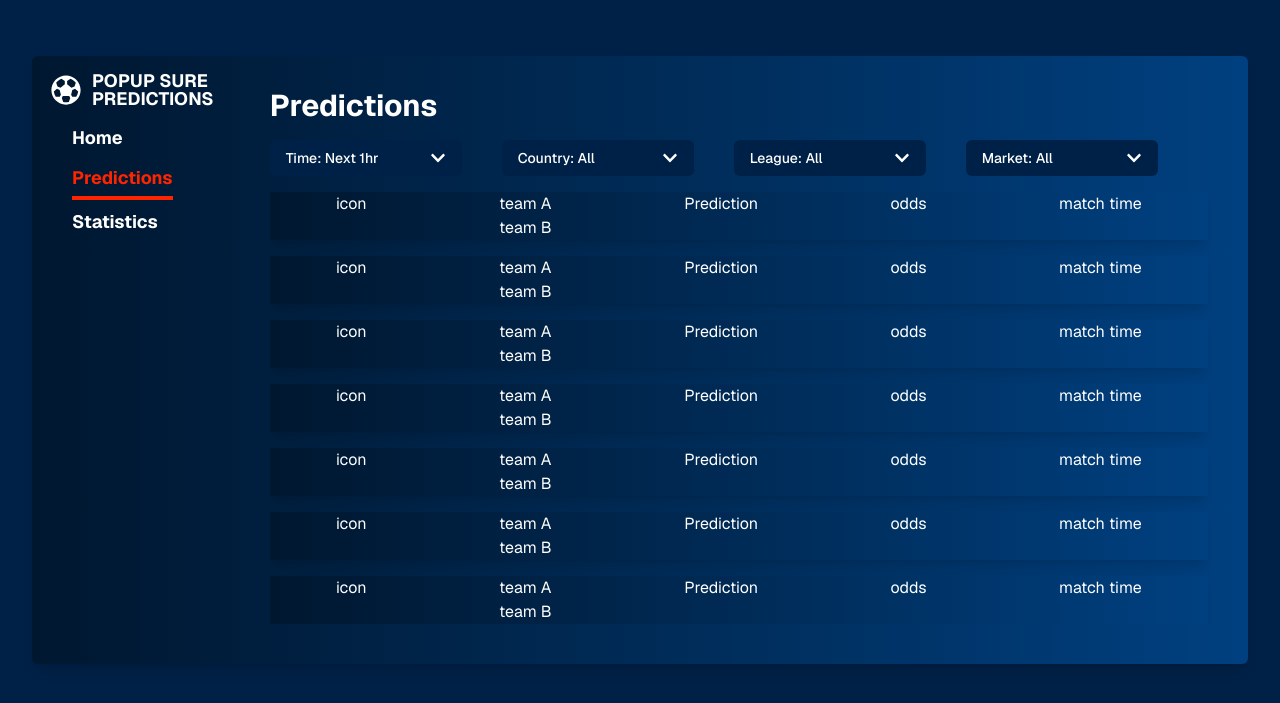
Repository: prototypedave/AlgoFooty
Page: /predictions (app in frontend/algo-footy/)
An editor plug-in stored every save of this project. The page is shown before and after the next save, followed by the edit.
The browser window is 1280 px wide. The pictures show the whole page.
The project was rebuilt for these pictures with package versions that can differ from the ones it lists, and the page was loaded fresh each time. The framework's server and built-in components were replaced by stand-ins that run in the browser. Also part of the build but not shown: frontend/algo-footy/next.config.ts.

Above is the page before, as saved 2025-11-03 08:53:55.

### frontend/algo-footy/app/predictions/page.tsx
"use client";
import { useState } from "react";
import Link from "next/link";
import { IoMdFootball } from "react-icons/io";
import { usePathname } from "next/navigation";
import Dropdown from "@/components/dropdown";
import {data as rawData } from "@/data/mock";

export default function Predictions() {
    const [timeFilter, setTimeFilter] = useState("Next 1hr");
    const [countryFilter, setCountryFilter] = useState("All");
    const [leagueFilter, setLeagueFilter] = useState("All");
    const [marketFilter, setMarketFilter] = useState("All");
    const pathname = usePathname();
    const data = Object.values(rawData);

    const filteredData = data.filter((match) => {
        const now = new Date();
        const matchTime = new Date(match.datetime);

        if (timeFilter !== "All") {
        const hours = parseInt(timeFilter.match(/\d+/)?.[0] || 0);
        const cutoff = new Date(now.getTime() + hours * 60 * 60 * 1000);
        if (matchTime > cutoff) return false;
        }
        if (countryFilter !== "All" && match.country !== countryFilter) return false;
        if (leagueFilter !== "All" && match.league !== leagueFilter) return false;
        if (marketFilter !== "All" && match.market !== marketFilter) return false;

        return true;
    });

    const countries = ["All", ...new Set(data.map((d) => d.country))];
    const leagues = ["All", ...new Set(data.map((d) => d.league))];
    const markets = ["All", ...new Set(data.map((d) => d.market))];

    return (
        <div className="relative flex flex-col min-h-screen items-center justify-center bg-oxford-blue font-sans">
            <nav className="absolute inset-x-0 top-0 bottom-0 bg-gradient-to-r from-[#001730] to-[#004080] text-white max-h-full rounded-md mx-8 my-14 shadow-lg flex gap-10 p-4">
                <div className="flex flex-col">
                    <div className="flex gap-2">
                        <IoMdFootball className="text-4xl"/>
                        <p className="text-lg font-bold leading-none">
                            <span className="block">POPUP SURE </span>
                            <span className="block">PREDICTIONS</span>
                        </p>
                    </div>
                    <div className="flex flex-col items-start gap-2 pt-4 pl-6 font-bold text-lg text-white">
                        <Link
                            href="/home"
                            className={`pb-1 ${
                            pathname === "/home"
                                ? "border-b-4 border-black font-bold"
                                : "border-b-0"
                            }`}
                        >
                            Home
                        </Link>
                        <Link href="/predictions"
                            className={`inline-block pb-1 ${
                                pathname === "/predictions"? "border-b-4 border-orange-red font-bold text-orange-red" : "border-b-0 border-orange-red"
                            }`}>Predictions</Link>
                        <Link href={"/statistics"}>Statistics</Link>
                    </div>
                </div>
                <div className="flex flex-col p-4 gap-4 w-full">
                    <h1 className="text-3xl font-bold">Predictions</h1>
                    <div className="flex gap-10 w-full">
                        <Dropdown
                            label="Time"
                            options={["Next 1hr", "Next 3hrs", "Next 6hrs", "Next 12hrs", "All"]}
                            onSelect={setTimeFilter}
                        />
                        <Dropdown label="Country" options={countries} onSelect={setCountryFilter} />
                        <Dropdown label="League" options={leagues} onSelect={setLeagueFilter} />
                        <Dropdown label="Market" options={markets} onSelect={setMarketFilter} />
                    </div>
                    <div className="flex w-full overflow-y-auto">
                        <ol className="flex flex-col w-full gap-4 pr-2">
                            <li className="flex bg-gradient-to-r from-[#001730] to-[#004080] w-full shadow-lg justify-around">
                                <p>icon</p>
                                <div>
                                    <p>team A</p>
                                    <p>team B</p>
                                </div>
                                <p>Prediction</p>
                                <div>odds</div>
                                <div>match time</div>
                            </li>
                            <li className="flex bg-gradient-to-r from-[#001730] to-[#004080] w-full shadow-lg justify-around">
                                <p>icon</p>
                                <div>
                                    <p>team A</p>
                                    <p>team B</p>
                                </div>
                                <p>Prediction</p>
                                <div>odds</div>
                                <div>match time</div>
                            </li>
                            <li className="flex bg-gradient-to-r from-[#001730] to-[#004080] shadow-lg justify-around">
                                <p>icon</p>
                                <div>
                                    <p>team A</p>
                                    <p>team B</p>
                                </div>
                                <p>Prediction</p>
                                <div>odds</div>
                                <div>match time</div>
                            </li>
                            <li className="flex bg-gradient-to-r from-[#001730] to-[#004080] shadow-lg justify-around">
                                <p>icon</p>
                                <div>
                                    <p>team A</p>
                                    <p>team B</p>
                                </div>
                                <p>Prediction</p>
                                <div>odds</div>
                                <div>match time</div>
                            </li>
                            <li className="flex bg-gradient-to-r from-[#001730] to-[#004080] shadow-lg justify-around">
                                <p>icon</p>
                                <div>
                                    <p>team A</p>
                                    <p>team B</p>
                                </div>
                                <p>Prediction</p>
                                <div>odds</div>
                                <div>match time</div>
                            </li>
                            <li className="flex bg-gradient-to-r from-[#001730] to-[#004080] shadow-lg justify-around">
                                <p>icon</p>
                                <div>
                                    <p>team A</p>
                                    <p>team B</p>
                                </div>
                                <p>Prediction</p>
                                <div>odds</div>
                                <div>match time</div>
                            </li>
                            <li className="flex bg-gradient-to-r from-[#001730] to-[#004080] shadow-lg justify-around">
                                <p>icon</p>
                                <div>
                                    <p>team A</p>
                                    <p>team B</p>
                                </div>
                                <p>Prediction</p>
                                <div>odds</div>
                                <div>match time</div>
                            </li>
                        </ol>
                    </div>
                </div>
            </nav>
        </div>
    );
}

### frontend/algo-footy/app/globals.css
@import "tailwindcss";

:root {
  --background: #ffffff;
  --foreground: #171717;
}

@theme inline {
  --color-background: var(--background);
  --color-foreground: var(--foreground);
  --font-sans: var(--font-geist-sans);
  --font-mono: var(--font-geist-mono);
}

@theme {
  --color-oxford-blue: #002147;
  --color-orange-red: #FF2400;
}

@media (prefers-color-scheme: dark) {
  :root {
    --background: #0a0a0a;
    --foreground: #ededed;
  }
}

body {
  background: var(--background);
  color: var(--foreground);
  font-family: Arial, Helvetica, sans-serif;
}

### frontend/algo-footy/components/dropdown.tsx
"use client";
import { useState, useEffect, useRef } from "react";
import { FaChevronDown, FaChevronUp } from "react-icons/fa";

interface DropdownProps {
  label?: string;
  options: string[];
  onSelect: (value: string) => void;
}

export default function Dropdown({ label, options, onSelect }: DropdownProps) {
  const [isOpen, setIsOpen] = useState(false);
  const [selected, setSelected] = useState(options[0]);
  const dropdownRef = useRef<HTMLDivElement>(null);

  const handleSelect = (option: string) => {
    setSelected(option);
    setIsOpen(false);
    onSelect(option);
  };

  // Close dropdown on outside click
  useEffect(() => {
    const handleClickOutside = (event: MouseEvent) => {
      if (
        dropdownRef.current &&
        !dropdownRef.current.contains(event.target as Node)
      ) {
        setIsOpen(false);
      }
    };
    document.addEventListener("mousedown", handleClickOutside);
    return () => document.removeEventListener("mousedown", handleClickOutside);
  }, []);

  return (
    <div ref={dropdownRef} className="relative inline-block w-48 text-white">
      <button
        onClick={() => setIsOpen((prev) => !prev)}
        className="flex justify-between items-center w-full bg-[#002147] hover:bg-[#003366] px-4 py-2 rounded-md"
      >
        <span className="text-sm font-medium">
          {label ? `${label}: ${selected}` : selected}
        </span>
        {isOpen ? (
          <FaChevronUp className="ml-2 transition-transform" />
        ) : (
          <FaChevronDown className="ml-2 transition-transform" />
        )}
      </button>

      {isOpen && (
        <ul className="absolute left-0 mt-2 w-full bg-[#001730] border border-[#004080] rounded-md z-10 max-h-60 overflow-y-auto shadow-lg">
          {options.map((option) => (
            <li
              key={option}
              onClick={() => handleSelect(option)}
              className={`px-4 py-2 cursor-pointer transition ${
                option === selected
                  ? "bg-[#004080] font-semibold"
                  : "hover:bg-[#003366]"
              }`}
            >
              {option}
            </li>
          ))}
        </ul>
      )}
    </div>
  );
}

### frontend/algo-footy/data/mock.ts
// mockData.ts
export const data: {
  [id: string]: {
    datetime: string;
    market: string;
    country: string;
    league: string;
    home: string;
    away: string;
    odds: number;
  };
} = (() => {
  // Define reusable types
type Market = "Home Win" | "Away Win" | "Over 2.5";
type Country = "England" | "Spain" | "Germany" | "Italy" | "France";

type LeagueMap = Record<Country, string[]>;
type TeamMap = Record<Country, string[]>;

// Actual data
const markets: Market[] = ["Home Win", "Away Win", "Over 2.5"];

const countries: Country[] = ["England", "Spain", "Germany", "Italy", "France"];

const leagues: LeagueMap = {
  England: ["Premier League", "Championship"],
  Spain: ["La Liga", "Segunda Division"],
  Germany: ["Bundesliga", "2. Bundesliga"],
  Italy: ["Serie A", "Serie B"],
  France: ["Ligue 1", "Ligue 2"],
};

const teams: TeamMap = {
  England: ["Arsenal", "Chelsea", "Liverpool", "Man City", "Man United"],
  Spain: ["Real Madrid", "Barcelona", "Atletico Madrid", "Valencia"],
  Germany: ["Bayern Munich", "Dortmund", "Leipzig", "Leverkusen"],
  Italy: ["Juventus", "AC Milan", "Inter", "Napoli"],
  France: ["PSG", "Lyon", "Marseille", "Lille"],
};


  const generated: Record<string, any> = {};
  const now = new Date();

  for (let i = 0; i < 30; i++) {
    const country = countries[Math.floor(Math.random() * countries.length)];
    const league =
      leagues[country][Math.floor(Math.random() * leagues[country].length)];
    const home =
      teams[country][Math.floor(Math.random() * teams[country].length)];
    let away = teams[country][Math.floor(Math.random() * teams[country].length)];
    while (away === home) {
      away = teams[country][Math.floor(Math.random() * teams[country].length)];
    }

    const datetime = new Date(
      now.getTime() + Math.floor(Math.random() * 12) * 60 * 60 * 1000
    ).toISOString();

    generated[`match_${i + 1}`] = {
      datetime,
      market: markets[Math.floor(Math.random() * markets.length)],
      country,
      league,
      home,
      away,
      odds: (1.5 + Math.random() * 2.5).toFixed(2),
    };
  }

  return generated;
})();

Loaded but not shown: frontend/algo-footy/app/layout.tsx (common file)

After the next save:
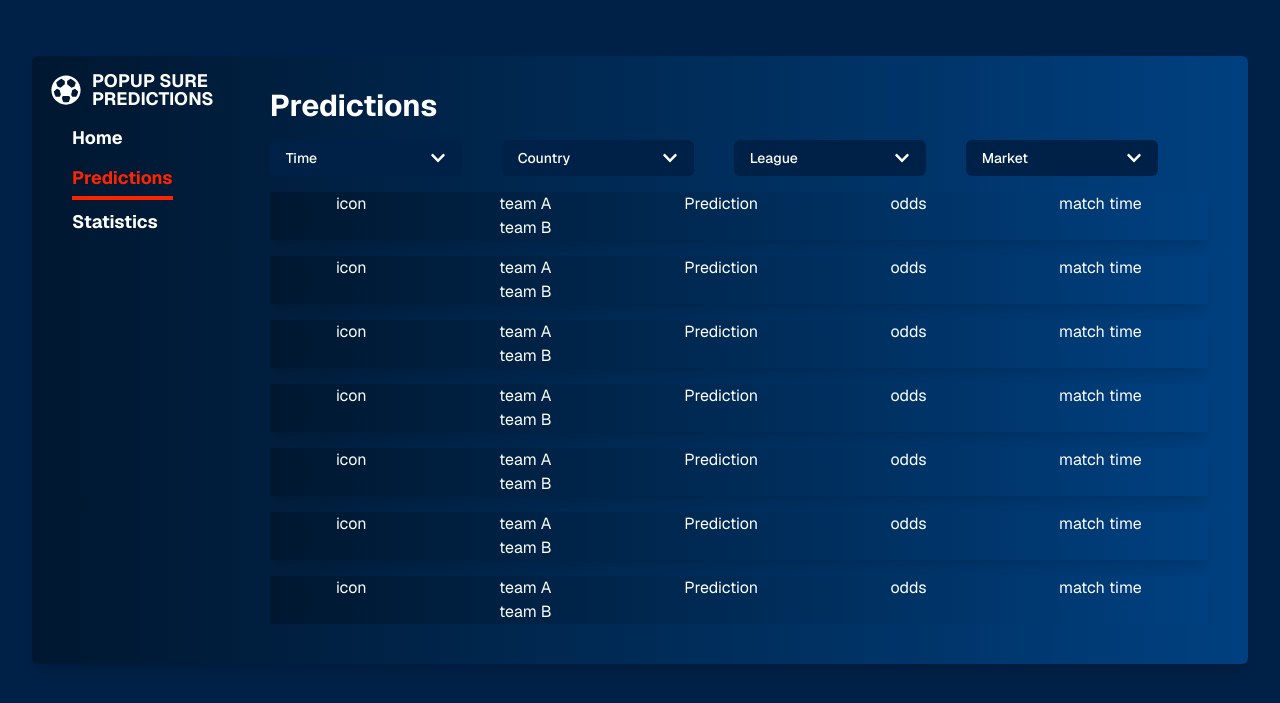
Saved 2 min 22 s later.
--- a/frontend/algo-footy/components/dropdown.tsx
+++ b/frontend/algo-footy/components/dropdown.tsx
@@ -10,7 +10,7 @@ interface DropdownProps {
 
 export default function Dropdown({ label, options, onSelect }: DropdownProps) {
   const [isOpen, setIsOpen] = useState(false);
-  const [selected, setSelected] = useState(options[0]);
+  const [selected, setSelected] = useState<string | null>(null);
   const dropdownRef = useRef<HTMLDivElement>(null);
 
   const handleSelect = (option: string) => {
@@ -19,7 +19,7 @@ export default function Dropdown({ label, options, onSelect }: DropdownProps) {
     onSelect(option);
   };
 
-  // Close dropdown on outside click
+  // Close dropdown when clicking outside
   useEffect(() => {
     const handleClickOutside = (event: MouseEvent) => {
       if (
@@ -40,7 +40,8 @@ export default function Dropdown({ label, options, onSelect }: DropdownProps) {
         className="flex justify-between items-center w-full bg-[#002147] hover:bg-[#003366] px-4 py-2 rounded-md"
       >
         <span className="text-sm font-medium">
-          {label ? `${label}: ${selected}` : selected}
+          {label}
+          {selected ? `: ${selected}` : ""}
         </span>
         {isOpen ? (
           <FaChevronUp className="ml-2 transition-transform" />
